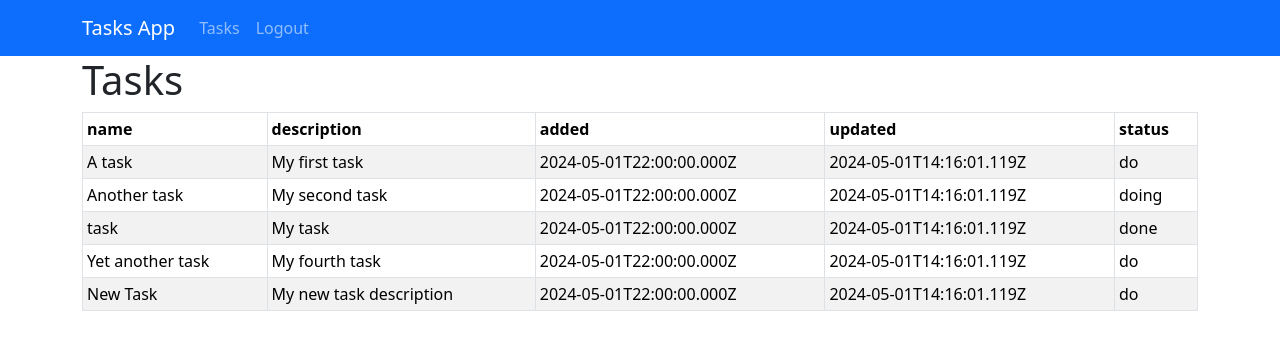
Repository: trider/react-task-app
Page: /tasks
An editor plug-in stored every save of this project. The page is shown before and after the next save, followed by the edit.
The browser window is 1280 px wide. The pictures show the whole page.
The project was rebuilt for these pictures with package versions that can differ from the ones it lists, and the page was loaded fresh each time. Also part of the build but not shown: src/pages/Login.js.

Above is the page before, as saved 2024-05-02 18:00:17.

### src/App.js

import 'bootstrap/dist/css/bootstrap.min.css';
import ReactDOM from "react-dom/client";
import { BrowserRouter, Routes, Route } from "react-router-dom";
import LoginForm from "./pages/Login";
import TaskList from "./pages/Task";


let App = () => {
  return (
    <div>
    <BrowserRouter>
      <Routes>
          <Route index element={<LoginForm />} />
          <Route path="login" element={<LoginForm />} />
          <Route path="tasks" element={<TaskList />} />
      </Routes>
    </BrowserRouter>






    </div>


  );
}


export default App;

### src/pages/Task.js
import Table from 'react-bootstrap/Table';
import Container from 'react-bootstrap/Container';
import Nav from 'react-bootstrap/Nav';
import Navbar from 'react-bootstrap/Navbar';
import NavDropdown from 'react-bootstrap/NavDropdown';

const userTasks= [
 {
   id: "6630ab326e723ac1ea6dce7a",
   description: "My first task",
   name: "A task",
   taskId: 1,
   user: "jonnygold",
   added: "2024-05-01T22:00:00.000Z",
   updated: "2024-05-01T14:16:01.119Z",
   status: "do",
   isActive: true
 },
 {
   id: "6630fe5d6e723ac1ea6dce7e",
   description: "My second task",
   name: "Another task",
   taskId: 2,
   user: "jonnygold",
   added: "2024-05-01T22:00:00.000Z",
   updated:"2024-05-01T14:16:01.119Z",
   status: "doing",
   isActive: true
 },
 {
   id: "6630fe826e723ac1ea6dce7f",
   description: "My task",
   name: "task",
   taskId: 3,
   user: "jonnygold",
   added: "2024-05-01T22:00:00.000Z",
   updated:"2024-05-01T14:16:01.119Z",
   status: "done",
   isActive: true
 },
 {
   id: "6631f17cc4c9b7f5ab3c28c3",
   name: "Yet another task",
   description: "My fourth task",
   user: "jonnygold",
   taskId: 4,
   added: "2024-05-01T22:00:00.000Z",
   updated:"2024-05-01T14:16:01.119Z",
   isActive: true,
   status: "do",

 },
 {
   id: "66323f0d54b80929f84ebdd2",
   user: "jonnygold",
   name: "New Task",
   description: "My new task description",
   status: "do",
   taskId: 5,
   added: "2024-05-01T22:00:00.000Z",
   updated:"2024-05-01T14:16:01.119Z",
   isActive: true,
 }

]

const tableCols = [
  'name',
  'description',
  'added',
  'updated',
  'status',
];



const TaskTable = () => {
  return (
    <div>
      <Table striped bordered hover size="sm">
      <thead>
        <tr>
          {tableCols.map((col) => (
            <th key={col}>{col}</th>
          ))}
        </tr>
      </thead>
      <tbody>
        {userTasks.map((task) => (
          <tr key={task.id}>
            {tableCols.map((col) => (
              <td key={col}>{task[col]}</td>
            ))}
          </tr>
        ))}

      </tbody>
    </Table>




    </div>
  );
}

const NavbarComponent = () => {
  return (
    <Navbar bg="primary" expand="lg" data-bs-theme="dark">
      <Container>
        <Navbar.Brand href="#home">Tasks App</Navbar.Brand>
        <Navbar.Toggle aria-controls="basic-navbar-nav" />
        <Navbar.Collapse id="basic-navbar-nav">
          <Nav className="me-auto">
            <Nav.Link href="/tasks">Tasks</Nav.Link>
            <Nav.Link href="/login">Logout</Nav.Link>
          </Nav>
        </Navbar.Collapse>
      </Container>
    </Navbar>
  );
}

const TaskList = () => {
  return (
    <div>

    <NavbarComponent />
    <Container>

      <h1>Tasks</h1>
      <TaskTable />
    </Container>
    </div>
  );
}

export default TaskList;

Loaded but not shown: public/index.html (common file); src/index.js (common file); src/index.css (common file); src/reportWebVitals.js (common file)

After the next save:
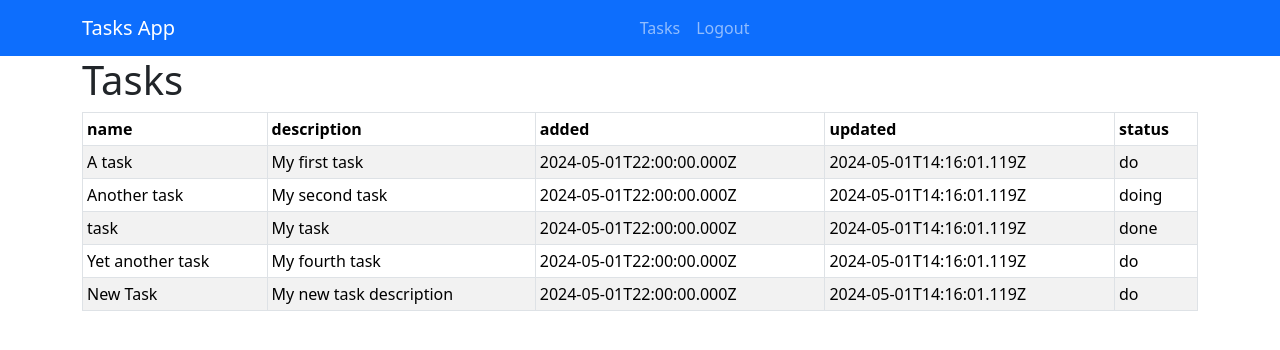
Saved 80 s later.
--- a/src/pages/Task.js
+++ b/src/pages/Task.js
@@ -111,7 +111,7 @@
         <Navbar.Brand href="#home">Tasks App</Navbar.Brand>
         <Navbar.Toggle aria-controls="basic-navbar-nav" />
         <Navbar.Collapse id="basic-navbar-nav">
-          <Nav className="me-auto">
+          <Nav className="me-auto" style={{ marginLeft: "auto" }}>
             <Nav.Link href="/tasks">Tasks</Nav.Link>
             <Nav.Link href="/login">Logout</Nav.Link>
           </Nav>

After the save that followed:
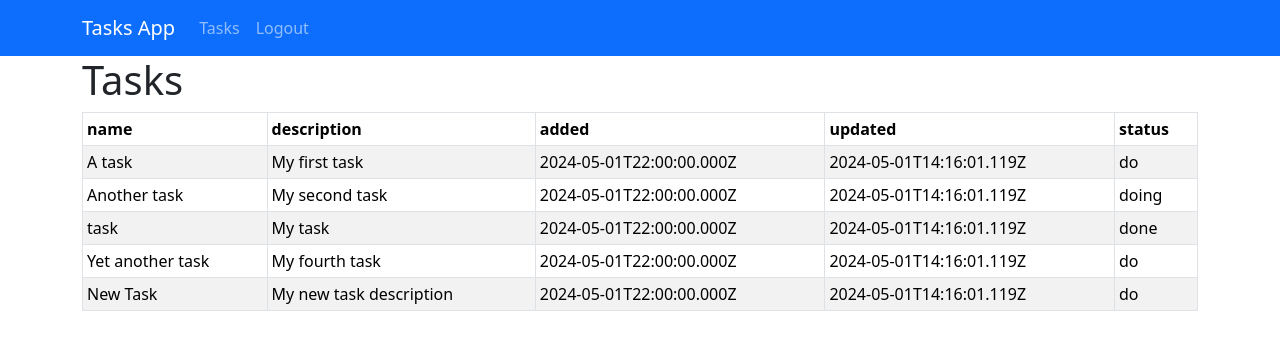
Saved 17 s later.
--- a/src/pages/Task.js
+++ b/src/pages/Task.js
@@ -111,7 +111,7 @@
         <Navbar.Brand href="#home">Tasks App</Navbar.Brand>
         <Navbar.Toggle aria-controls="basic-navbar-nav" />
         <Navbar.Collapse id="basic-navbar-nav">
-          <Nav className="me-auto" style={{ marginLeft: "auto" }}>
+          <Nav className="me-auto" style={{ float: "right" }}>
             <Nav.Link href="/tasks">Tasks</Nav.Link>
             <Nav.Link href="/login">Logout</Nav.Link>
           </Nav>
